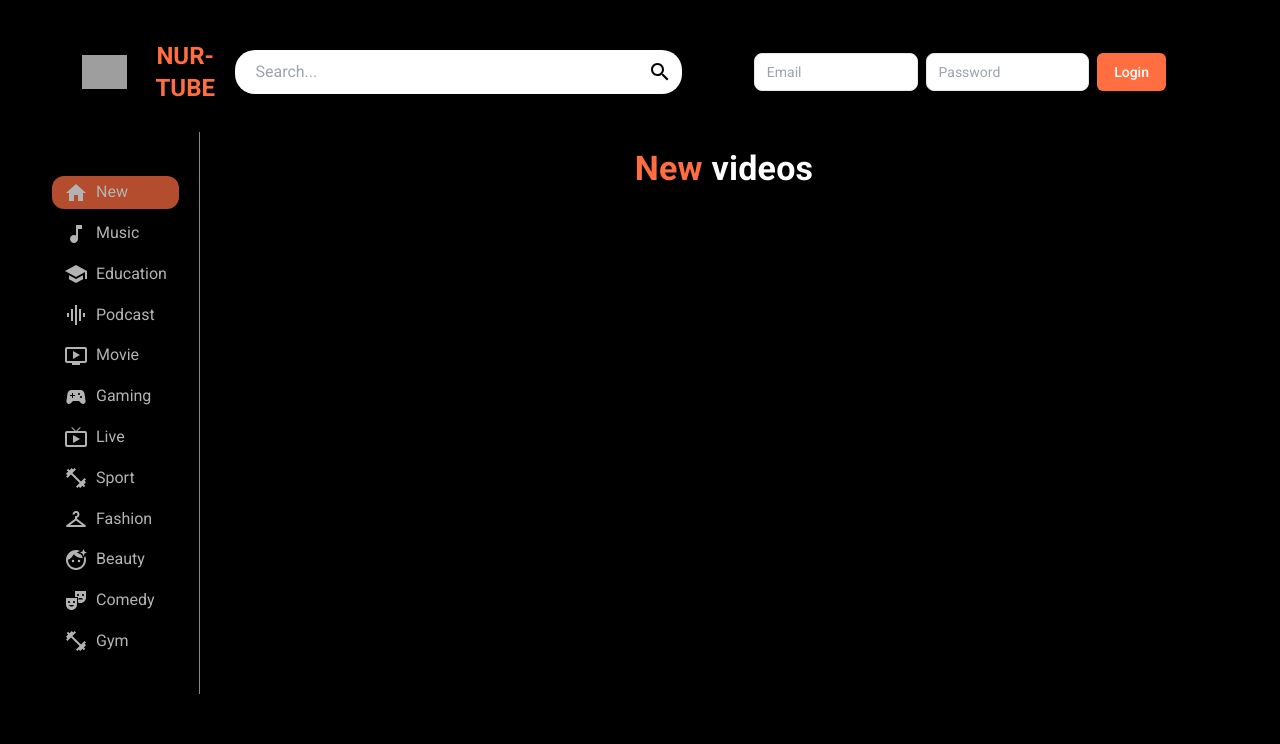
Repository: Nurlan-Bakenbaev/YoutubeClone
Page: /
These files come from the project's save history. The page is drawn as it stood at one moment and after a run of saves; the edit follows.
The browser window is 1280 px wide. The pictures show the whole page.
Pictures or frames that could not be fetched are drawn as grey boxes. The page's requests for data from a server got no answer. The project was rebuilt for these pictures with package versions that can differ from the ones it lists, and the page was loaded fresh each time. No one was signed in, and anything a server would have sent is missing. Also part of the build but not shown: vite.config.js, src/components/VideoCard.jsx, src/components/ChannelCard.jsx, src/components/Loader.jsx, src/components/VideoDetails.jsx, src/components/SearchFeed.jsx, src/components/ChannelDetails.jsx.

Above is the page before, as saved 2023-09-09 16:01:52.

### index.html
<!DOCTYPE html>
<html lang="en">
  <head>
    <link
      rel="stylesheet"
      href="https://fonts.googleapis.com/icon?family=Material+Icons"
    />
    <link rel="preconnect" href="https://fonts.googleapis.com" />
    <link rel="preconnect" href="https://fonts.gstatic.com" crossorigin />
    <link
      rel="stylesheet"
      href="https://fonts.googleapis.com/css2?family=Roboto:wght@300;400;500;600;700&display=swap"
    />

    <meta charset="UTF-8" />
    <link rel="icon" type="image/svg+xml" href="/vite.svg" />
    <meta name="viewport" content="width=device-width, initial-scale=1.0" />
    <title>Youtube Clone</title>
  </head>
  <body>
    <div id="root"></div>
    <script type="module" src="/src/main.jsx"></script>
  </body>
</html>

### src/App.jsx
import "./App.css";
import { BrowserRouter, Routes, Route } from "react-router-dom";
import { Box } from "@mui/material";
import Navbar from "./components/Navbar";
import Feed from "./components/Feed";
import VideoDetails from "./components/VideoDetails";
import SearchFeed from "./components/SearchFeed";
import ChannelDetails from "./components/ChannelDetails";
import SignIn from "./components/SignIn";

const App = () => (
  <BrowserRouter>
    <Box sx={{ backgroundColor: "#000" }}>
      <Navbar />
      <Routes>
        <Route path="/" element={<Feed />} />
        <Route path="/video/:id" element={<VideoDetails />} />
        <Route path="/channel/:id" element={<ChannelDetails />} />
        <Route path="/search/:searchTerm" element={<SearchFeed />} />
        <Route path="/signIn" element={<SignIn />} />
      </Routes>
    </Box>
  </BrowserRouter>
);

export default App;

### src/index.css
@import "tailwindcss/base";
@import "tailwindcss/components";
@import "tailwindcss/utilities";


body {
  font-family: "Roboto", sans-serif;
  margin: 0;
  padding: 0;
  box-sizing: border-box;
  background-color: black;
}
a{
  color:inherit;
  text-decoration: none;
}

### src/components/Navbar.jsx
import { Stack } from "@mui/material";
import { Link } from "react-router-dom";
import { useState } from "react";
import SearchBar from "./SearchBar";
import AccountCircleIcon from "@mui/icons-material/AccountCircle";
import SignIn from "./SignIn";
const Navbar = () => {
  return (
    <Stack
      direction="row"
      alignItems="center"
      sx={{
        position: "sticky",
        background: "black",
        top: "0",
        justifyContent: "space-between",
        height: "80px",
        pl: "30px",
        marginBottom: "20px",
        px: "50px",
        boxShadow: "0px 4px 6px white(0, 0, 0, 0.1)",
      }}
    >
      <Stack
        sx={{
          display: "flex",
          flexDirection: "row",
          alignItems: "center",
        }}
      >
        <Link className="hidden md:flex items-center gap-2" to={"/"}>
          <img
            width={45}
            src="https://cdn.logojoy.com/wp-content/uploads/20200406092725/youtube-icon.png"
            alt="logo"
          />
          <h1 className="font-bold text-2xl text-[#ff6e40]">NUR-TUBE</h1>
        </Link>
      </Stack>
      <SearchBar />
      <SignIn />
    </Stack>
  );
};

export default Navbar;

### src/components/Feed.jsx
import React, { useState, useEffect } from "react";
import { Box, Stack, Typography } from "@mui/material";
import SideBar from "./SideBar";
import Videos from "./Videos";
import { fetchFromAPI } from "./helpers/fetchFromAPI";

const Feed = () => {
  const [selectedCategory, setSelectedCategory] = useState("New");
  const [videos, setVideous] = useState([]);
  useEffect(() => {
    fetchFromAPI(`search?part=snippet&q=
    ${selectedCategory}`).then((data) => setVideous(data.items));
  }, [selectedCategory]);

  return (
    <Stack
      sx={{
        flexDirection: { sx: "column", md: "row" },
        height: "80vh",
      }}
    >
      <Box
        sx={{
          height: { sx: "auto", md: "78vh" },
          borderRight: "1px solid #878787 ",
          px: { sx: 0, md: 2 },
        }}
      >
        <SideBar
          selectedCategory={selectedCategory}
          setSelectedCategory={setSelectedCategory}
        />
      </Box>
      <Box p={2} sx={{ overflowY: "auto", height: "85vh", flex: 2 }}>
        <Typography
          variant="h4"
          fontWeight="bold"
          mb={2}
          sx={{ color: "white" }}
        >
          <span className="text-[#ff6e40]">{selectedCategory}</span> videos
          <Videos videos={videos} />
        </Typography>
      </Box>
    </Stack>
  );
};

export default Feed;

### src/components/SignIn.jsx
import React, { useState } from "react";
import { createUserWithEmailAndPassword } from "firebase/auth";
import auth from "./helpers/firebase";
import AccountCircleIcon from "@mui/icons-material/AccountCircle";
const SignIn = () => {
  const [email, setEmail] = useState("");
  const [password, setPassword] = useState("");
  const [islogin, setIsLogin] = useState();
  const handleSignIn = async (e) => {
    e.preventDefault();
    createUserWithEmailAndPassword(auth, email, password)
      .then((userCredential) => {
        const user = userCredential.user;

        setIsLogin();
      })
      .catch((error) => {
        const errorCode = error.code;
        const errorMessage = error.message;
      });
  };
  if (islogin === true) {
    return (
      <div>
        <AccountCircleIcon />
        {user.email}
      </div>
    );
  } else
    return (
      <box className=" bg-none py-2 px-4 sm:px-6 lg:px-8">
        <div className="">
          <div></div>
          <form onSubmit={handleSignIn}>
            <div className="rounded-md  flex flex-row gap-2">
              <div>
                <input
                  id="email"
                  name="email"
                  type="email"
                  autoComplete="email"
                  required
                  className="appearance-none rounded-lg relative block w-full px-3 py-2 border text-gray-700 placeholder-gray-400 focus:outline-none focus:z-10 sm:text-sm"
                  placeholder="Email"
                  value={email}
                  onChange={(e) => setEmail(e.target.value)}
                />
              </div>
              <div>
                <input
                  id="password"
                  name="password"
                  type="password"
                  autoComplete="current-password"
                  required
                  className="appearance-none rounded-lg relative block w-full px-3 py-2 border text-gray-700 placeholder-gray-400 focus:outline-nonefocus:z-10 sm:text-sm"
                  placeholder="Password"
                  value={password}
                  onChange={(e) => setPassword(e.target.value)}
                />
              </div>
              <div>
                <button
                  type="submit"
                  className="group relative w-full flex justify-center py-2 px-4 border border-transparent text-sm font-medium rounded-md text-white bg-[#ff6e40] focus:outline-none focus:ring-2 focus:ring-offset-2 focus:ring-indigo-500"
                >
                  <span>Login</span>
                </button>
              </div>
            </div>
          </form>
        </div>
      </box>
    );
};

export default SignIn;

### src/components/SearchBar.jsx
import React from "react";
import { useState } from "react";
import { useNavigate } from "react-router-dom";
import { Paper, IconButton } from "@mui/material";
import SearchIcon from "@mui/icons-material/Search";
const SearchBar = () => {
  const [searchTerm, setSearchTerm] = useState("");
  const navigate = useNavigate();

  const handleSubmit = (e) => {
    e.preventDefault();
    if (searchTerm) {
      navigate(`/search/${searchTerm}`);
    }
    setSearchTerm('')
  };
  return (
    <Paper
      component="form"
      onSubmit={handleSubmit}
      sx={{
        borderRadius: "20px",
        pl: 2,
        boxShadow: "none",
        display: "flex",
        alignItems: "center",
        minWidth: "40%",
        mr: { sm: 5 },
      }}
    >
      <input
        className="flex-1 p-1 outline-none"
        placeholder="Search..."
        type="text"
        onChange={(e) => setSearchTerm(e.target.value)}
        value={searchTerm}
      />
      <IconButton type="submit" sx={{ p: "10px", color: "black" }}>
        <SearchIcon />
      </IconButton>
    </Paper>
  );
};

export default SearchBar;

### src/components/SideBar.jsx
import React, { useState } from "react";
import { Stack } from "@mui/material";
import { categories } from "./helpers/constants";

const SideBar = ({ selectedCategory, setSelectedCategory }) => {


  return (
    <Stack
      direction="row"
      sx={{
        marginTop: { sx: 5, md: 5 },
        overflowY: "",
        overflowX: "auto",
        height: { sx: "auto", md: "100%" },
        flexDirection: { md: "column" },
      }}>
      {categories.map((cat) => (
        <button
          onClick={() => setSelectedCategory(cat.name)}
          key={cat.name}
          style={{ background: cat.name === selectedCategory && "#ff6e40" }}
          className="
        flex gap-2 items-center
         hover:bg-[#ff6e40] text-white
          py-1 px-3 m-1 rounded-xl opacity-[0.7] hover:opacity-[1]"
        >
          <span>{cat.icon}</span>
          <span className="hidden md:block">{cat.name}</span>
        </button>
      ))}
    </Stack>
  );
};

export default SideBar;

### src/components/Videos.jsx
import React from "react";
import { Stack, Box } from "@mui/material";
import VideoCard from "./VideoCard";
import ChannelCard from "./ChannelCard";
const Videos = ({ videos, direction }) => {
  return (
    <Stack
      direction={direction || "row"}
      justifyContent="center"
      flexWrap="wrap"
      gap={2}
    >
      {videos.map((item, idx) => (
        <Box key={idx}>
          {item.id.videoId && <VideoCard video={item} />}
          {item.id.channelId && <ChannelCard channelDetail={item} />}
        </Box>
      ))}
    </Stack>
  );
};

export default Videos;

### src/components/helpers/fetchFromAPI.js
import axios from "axios";

const BASE_URL = "https://youtube-v31.p.rapidapi.com";

const options = {
  params: {
    maxResults: "10",
  },
  headers: {
    "X-RapidAPI-Key": "dfd9fd22a4msh387268f5a8f5fb7p1284fdjsne6bbd54d9622",
    "X-RapidAPI-Host": "youtube-v31.p.rapidapi.com",
  },
};
export const fetchFromAPI = async (url) => {
  const { data } = await axios.get(`${BASE_URL}/${url}`, options);
  return data;
};
// my other account
//"X-RapidAPI-Key": ,
//"X-RapidAPI-Host": "youtube-v31.p.rapidapi.com",

//"b35272daf0mshfab1424cc2a92c4p1c7f28jsn5264b7801643"

### src/components/helpers/firebase.js
import { initializeApp } from "firebase/app";
import { getAuth } from "firebase/auth";

const firebaseConfig = {
  apiKey: "AIzaSyDj_TDrxtKNXkOeuKMlxa6iUJ_VLTy5Q38",
  authDomain: "nur-tuber.firebaseapp.com",
  projectId: "nur-tuber",
  storageBucket: "nur-tuber.appspot.com",
  messagingSenderId: "927478785195",
  appId: "1:927478785195:web:b2d2c1a30b94c3d32fc3ee",
};

const app = initializeApp(firebaseConfig);
const auth = getAuth(app);
export default auth;

### src/components/helpers/constants.jsx
import MusicNoteIcon from '@mui/icons-material/MusicNote';
import HomeIcon from '@mui/icons-material/Home';
import CodeIcon from '@mui/icons-material/Code';
import OndemandVideoIcon from '@mui/icons-material/OndemandVideo';
import SportsEsportsIcon from '@mui/icons-material/SportsEsports';
import LiveTvIcon from '@mui/icons-material/LiveTv';
import SchoolIcon from '@mui/icons-material/School';
import FaceRetouchingNaturalIcon from '@mui/icons-material/FaceRetouchingNatural';
import CheckroomIcon from '@mui/icons-material/Checkroom';
import GraphicEqIcon from '@mui/icons-material/GraphicEq';
import TheaterComedyIcon from '@mui/icons-material/TheaterComedy';
import FitnessCenterIcon from '@mui/icons-material/FitnessCenter';
import DeveloperModeIcon from '@mui/icons-material/DeveloperMode';


export const categories = [
  { name: 'New', icon: <HomeIcon />, },
  { name: 'Music', icon: <MusicNoteIcon /> },
  { name: 'Education', icon: <SchoolIcon />, },
  { name: 'Podcast', icon: <GraphicEqIcon />, },
  { name: 'Movie', icon: <OndemandVideoIcon />, },
  { name: 'Gaming', icon: <SportsEsportsIcon />, },
  { name: 'Live', icon: <LiveTvIcon />, },
  { name: 'Sport', icon: <FitnessCenterIcon />, },
  { name: 'Fashion', icon: <CheckroomIcon />, },
  { name: 'Beauty', icon: <FaceRetouchingNaturalIcon />, },
  { name: 'Comedy', icon: <TheaterComedyIcon />, },
  { name: 'Gym', icon: <FitnessCenterIcon />, },
];

export const demoThumbnailUrl = 'https://i.ibb.co/G2L2Gwp/API-Course.png';
export const demoChannelUrl = '/channel/UCmXmlB4-HJytD7wek0Uo97A';
export const demoVideoUrl = '/video/GDa8kZLNhJ4';
export const demoChannelTitle = 'JavaScript Mastery';
export const demoVideoTitle = 'Build and Deploy 5 JavaScript & React API Projects in 10 Hours - Full Course | RapidAPI';
export const demoProfilePicture = 'http://dergipark.org.tr/assets/app/images/buddy_sample.png'

Loaded but not shown: src/main.jsx (common file); src/App.css (common file); tailwind.config.js (common file)

After the next 4 saves:
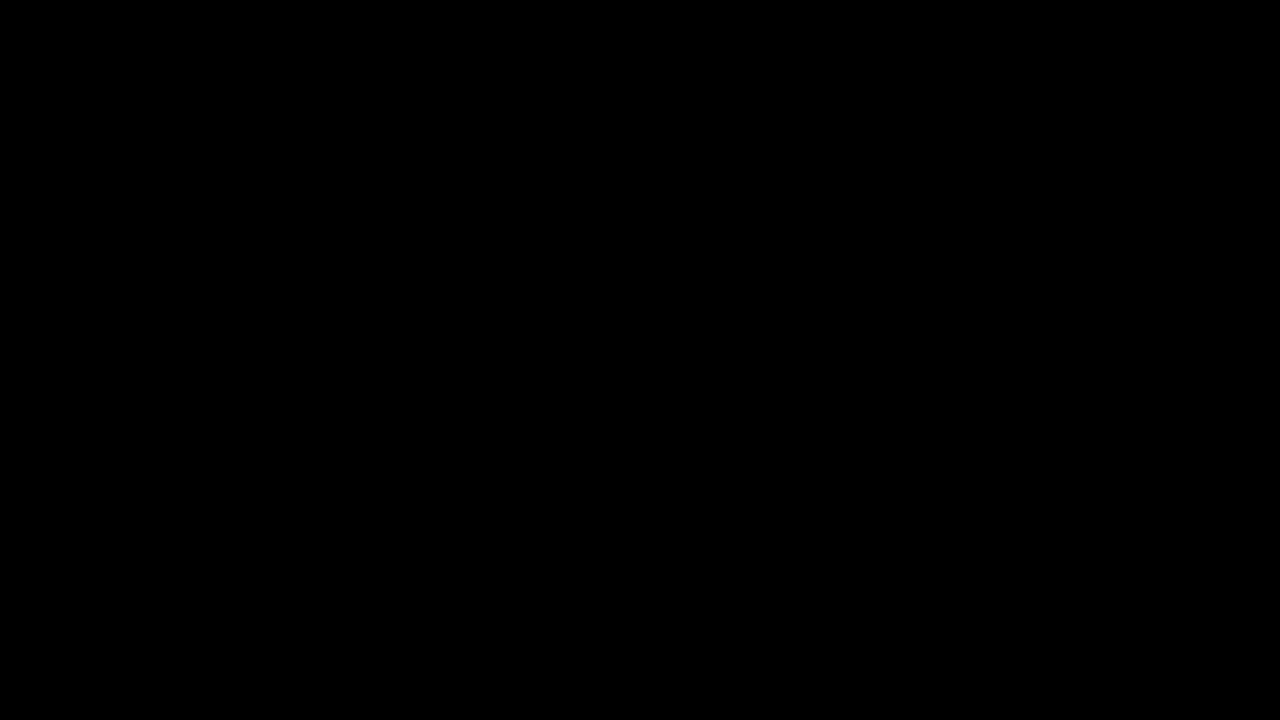
Console error: ReferenceError: islogin is not defined
The 4 saves are shown as one change because they came seconds apart.
The last was saved 12 s later.
--- a/src/components/SignIn.jsx
+++ b/src/components/SignIn.jsx
@@ -5,14 +5,14 @@ import AccountCircleIcon from "@mui/icons-material/AccountCircle";
 const SignIn = () => {
   const [email, setEmail] = useState("");
   const [password, setPassword] = useState("");
-  const [islogin, setIsLogin] = useState();
+  const [login, setLogin] = useState();
   const handleSignIn = async (e) => {
     e.preventDefault();
     createUserWithEmailAndPassword(auth, email, password)
       .then((userCredential) => {
         const user = userCredential.user;
 
-        setIsLogin();
+        setLogin(user);
       })
       .catch((error) => {
         const errorCode = error.code;

After the 6 saves that followed:
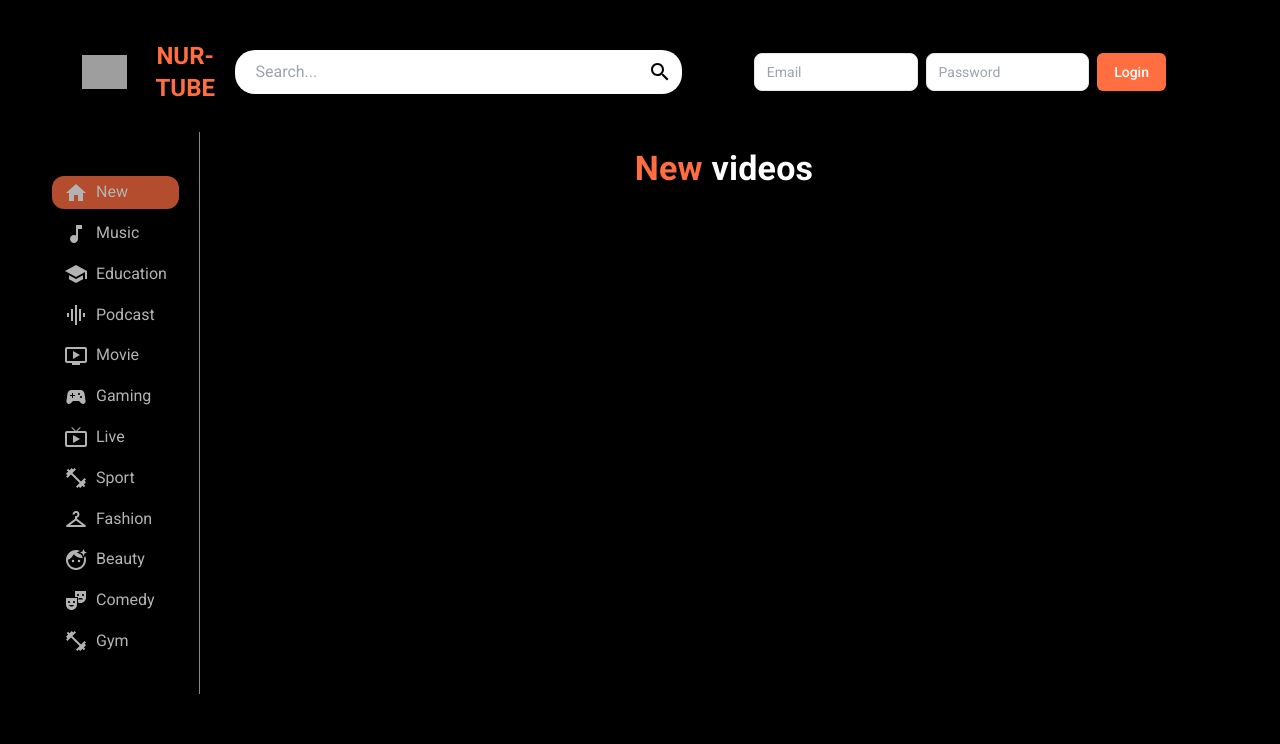
The error is gone.
The 6 saves are shown as one change because 2 left the picture as it was and some came seconds apart.
The last was saved 51 s later.
--- a/src/components/SignIn.jsx
+++ b/src/components/SignIn.jsx
@@ -19,11 +19,11 @@ const SignIn = () => {
         const errorMessage = error.message;
       });
   };
-  if (islogin === true) {
+  if (login === true) {
     return (
       <div>
         <AccountCircleIcon />
-        {user.email}
+        {login.email}
       </div>
     );
   } else
